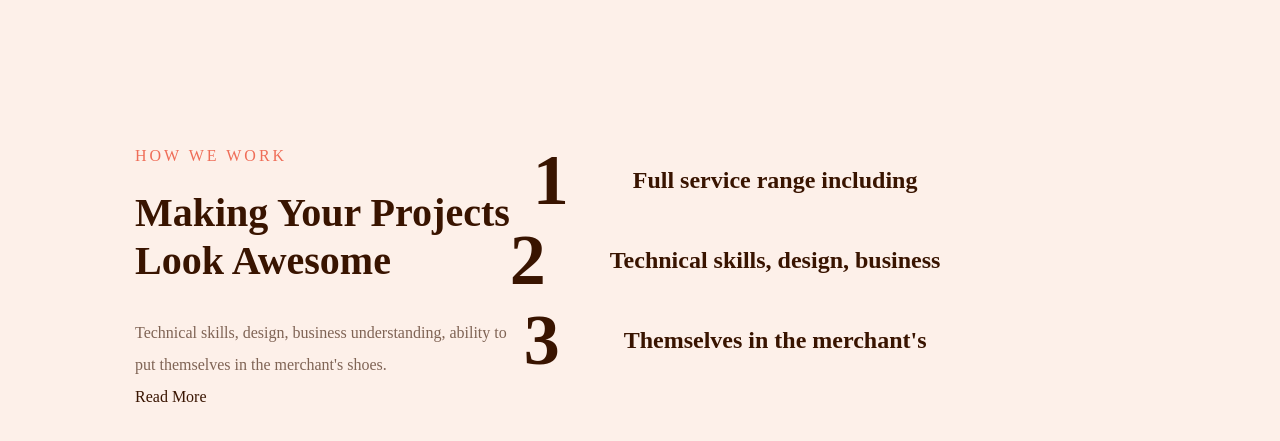
Repository: kubrazamanova/Project-3
Page: index.html
An editor plug-in stored every save of this project. The page is shown before and after a run of saves, followed by the edit.
The browser window is 1280 px wide. The pictures show the whole page.

Above is the page before, as saved 2023-09-13 19:19:19.

### index.html
<!DOCTYPE html>
<html lang="en">
  <head>
    <meta charset="UTF-8" />
    <meta name="viewport" content="width=device-width, initial-scale=1.0" />
    <link rel="stylesheet" href="index.css" />
    <title>Document</title>
  </head>
  <body>
    <div class="container">
   <div class="text-container">
    <h1>How we work</h1>
    <h2>
      Making Your Projects <br />
      Look Awesome
    </h2>
    <p>
      Technical skills, design, business understanding, ability to <br />
      put themselves in the merchant's shoes.
    </p>
    <a href="#">Read More</a>

   </div>

      <div class="lesson">
        <ul>
          <li>
            <span>1</span>
            <h4>Full service range including</h4>
          </li>
          <li>
            <span>2</span>
            <h4>Technical skills, design, business</h4>
          </li>
          <li>
            <span>3</span>
            <h4>Themselves in the merchant's</h4>
          </li>
        </ul>
      </div>
    </div>
  </body>
</html>

### index.css
* {
  margin: 0;
  padding: 0;
  box-sizing: border-box;
}

.container {
  padding: 140px 0 236px 135px;
  min-height: 100vh;
  background-color: #fdf0e9;
  display: flex;
}
.container h1 {
  color: var(--Text_Dark_Accent, #ef6d58);
  font-feature-settings: "clig" off, "liga" off;
  font-family: Epilogue;
  font-size: 16px;
  font-style: normal;
  font-weight: 400;
  line-height: 32px;
  letter-spacing: 3px;
  text-transform: uppercase;
}
.container h2 {
  margin-top: 17px;
  color: var(--Text_Dark, #391400);
  font-feature-settings: "clig" off, "liga" off;
  font-family: Epilogue;
  font-size: 40px;
  font-style: normal;
  font-weight: 800;
  line-height: 48px;
}

.container p {
  margin-top: 32px;
  color: var(--Text_Dark_Gray, rgba(57, 20, 0, 0.64));
  font-feature-settings: "clig" off, "liga" off;
  font-family: Epilogue;
  font-size: 16px;
  font-style: normal;
  font-weight: 400;
  line-height: 32px;
}

.container a {
  margin-top: 28px;
  color: var(--Text_Dark, #391400);
  font-feature-settings: "clig" off, "liga" off;
  font-family: Epilogue;
  font-size: 16px;
  font-style: normal;
  font-weight: 400;
  line-height: 32px;
  text-decoration: none;
}

.lesson ul {
display: flex;
align-items: center;
justify-content: center;
flex-direction: column;

}

.lesson ul li {
  display: flex;
    align-items: center;
  list-style-type: none;
}

.lesson ul li span {
    margin-right: 66px;
  color: #391400;
  font-feature-settings: "clig" off, "liga" off;
  font-family: Epilogue;
  font-size: 72px;
  font-style: normal;
  font-weight: 800;
  line-height: 80px;
  letter-spacing: -2px;
}

.lesson ul li h4 {
  color: var(--Text_Dark, #391400);
  font-feature-settings: "clig" off, "liga" off;
  font-family: Epilogue;
  font-size: 24px;
  font-style: normal;
  font-weight: 700;
  line-height: 32px;
}

After the next 2 saves:
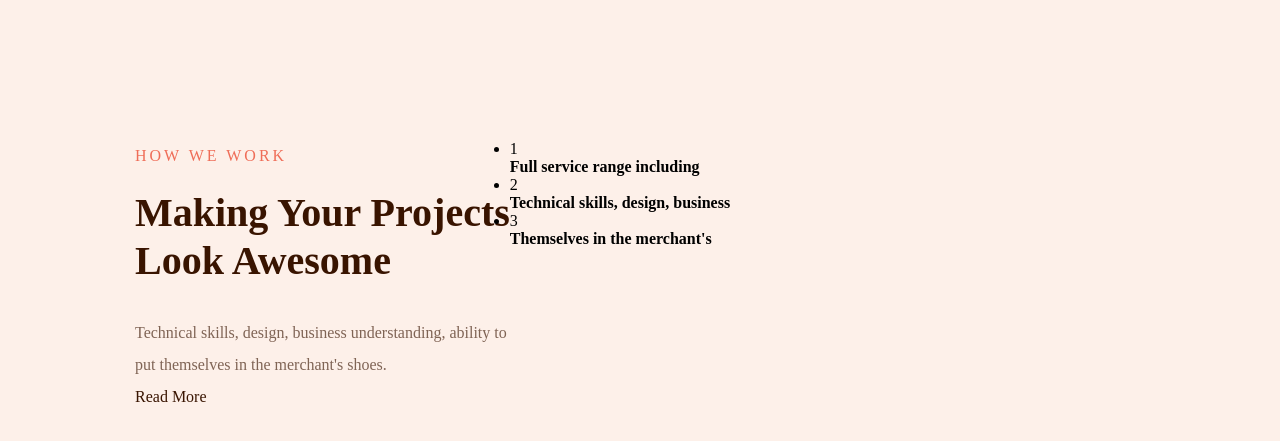
The 2 saves are shown as one change because they came seconds apart.
The last was saved 25 s later.
--- a/index.html
+++ b/index.html
@@ -22,7 +22,7 @@
 
    </div>
 
-      <div class="lesson">
+
         <ul>
           <li>
             <span>1</span>
@@ -37,7 +37,7 @@
             <h4>Themselves in the merchant's</h4>
           </li>
         </ul>
-      </div>
+
     </div>
   </body>
 </html>
